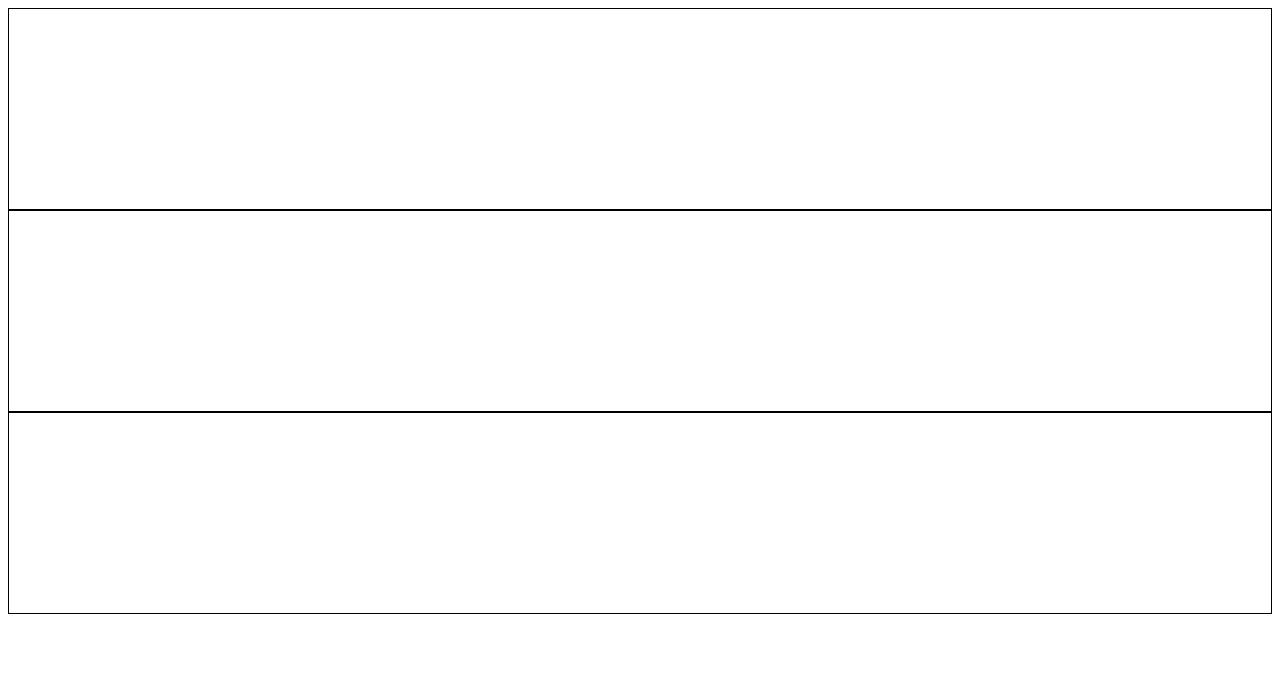
Repository: gustavotwist/html-css
Page: ex22/fundo02.html
These files come from the project's save history. The page is drawn as it stood at one moment and after a run of saves; the edit follows.
The browser window is 1280 px wide. The pictures show the whole page.

Above is the page before, as saved 2024-04-10 22:26:49.

After the next 2 saves:
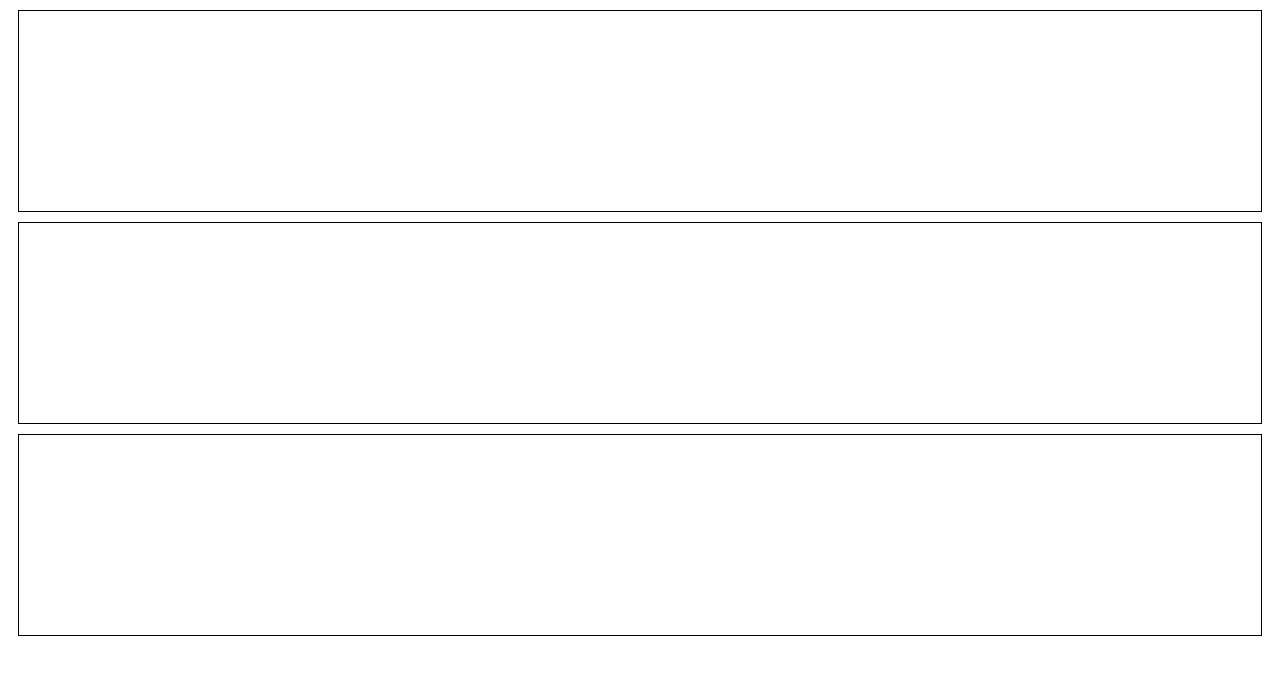
The 2 saves are shown as one change because they came seconds apart.
The last was saved 7 s later.
--- a/ex22/fundo02.html
+++ b/ex22/fundo02.html
@@ -8,7 +8,7 @@
         div.bloco {
             height: 200px;
             border: 1px solid black;
-            margin:;
+            margin: 10px;
         }
     </style>
 </head>

After the 2 saves that followed:
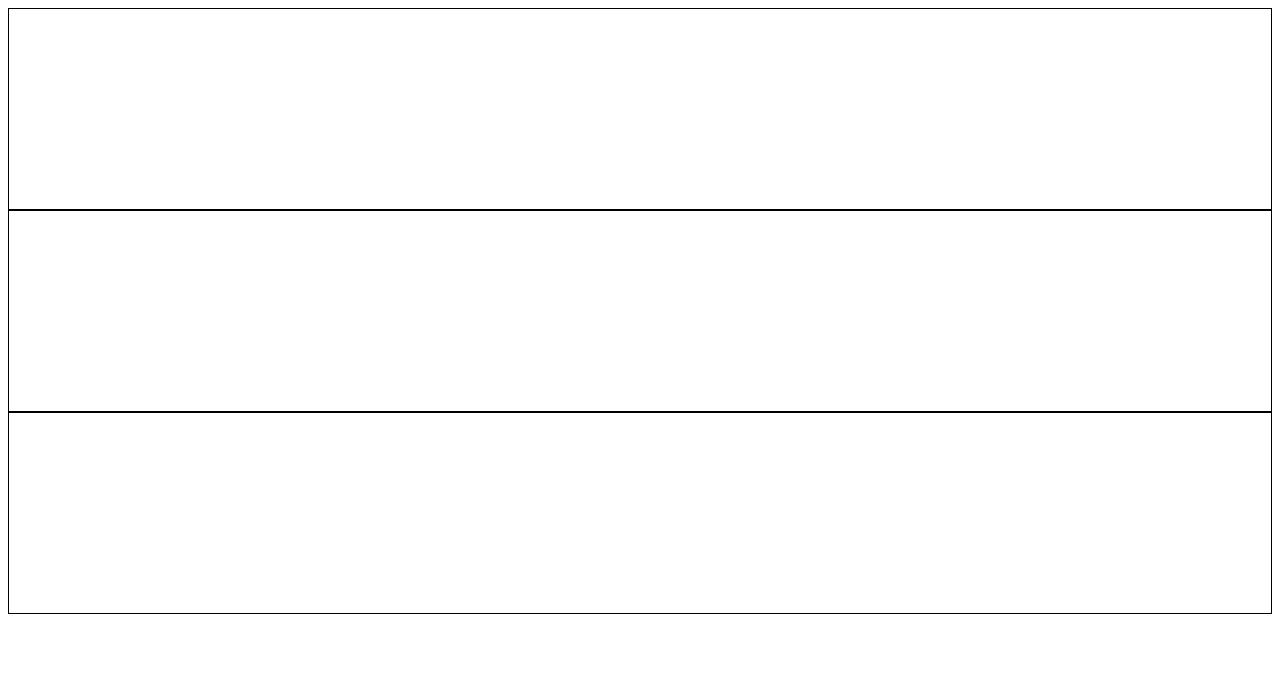
The 2 saves are shown as one change because they came seconds apart.
The last was saved 2 min 19 s later.
--- a/ex22/fundo02.html
+++ b/ex22/fundo02.html
@@ -8,6 +8,7 @@
         div.bloco {
             height: 200px;
             border: 1px solid black;
+            border
             margin: 10px;
         }
     </style>
